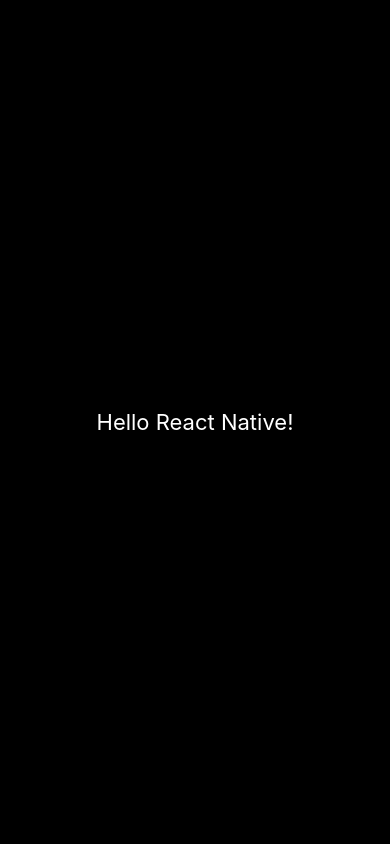
Repository: georgehgfonseca/nlw-esports
Screen: /
An editor plug-in stored every save of this project. The screen is shown before and after the next save, followed by the edit.
The app was drawn by React Native's web renderer in a window 390 px wide. The project was rebuilt for these pictures with package versions that can differ from the ones it lists, and the page was loaded fresh each time.

Above is the screen before, as saved 2022-09-18 22:11:06.

### App.tsx
import { StatusBar } from "expo-status-bar";
import { StyleSheet, Text, View, TouchableOpacity } from "react-native";

export default function App() {
  return (
    <View style={styles.container}>
      <Text style={styles.title}>Hello React Native!</Text>
      <StatusBar style="auto" />
    </View>
  );
}

interface ButtonProps {
  title: string;
}

function Button(props: ButtonProps) {
  return (
    <TouchableOpacity>
      <Text>{props.title}</Text>
    </TouchableOpacity>
  );
}

const styles = StyleSheet.create({
  container: {
    flex: 1,
    backgroundColor: "#000",
    alignItems: "center",
    justifyContent: "center",
  },
  title: {
    color: "#fff",
    fontSize: 22,
  },
});

After the next save:
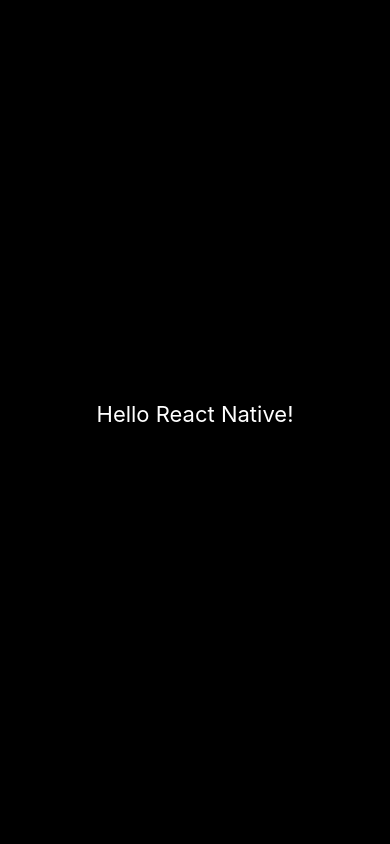
Saved 34 s later.
--- a/App.tsx
+++ b/App.tsx
@@ -5,6 +5,7 @@
   return (
     <View style={styles.container}>
       <Text style={styles.title}>Hello React Native!</Text>
+      <Button title="Send 1"></Button>
       <StatusBar style="auto" />
     </View>
   );
